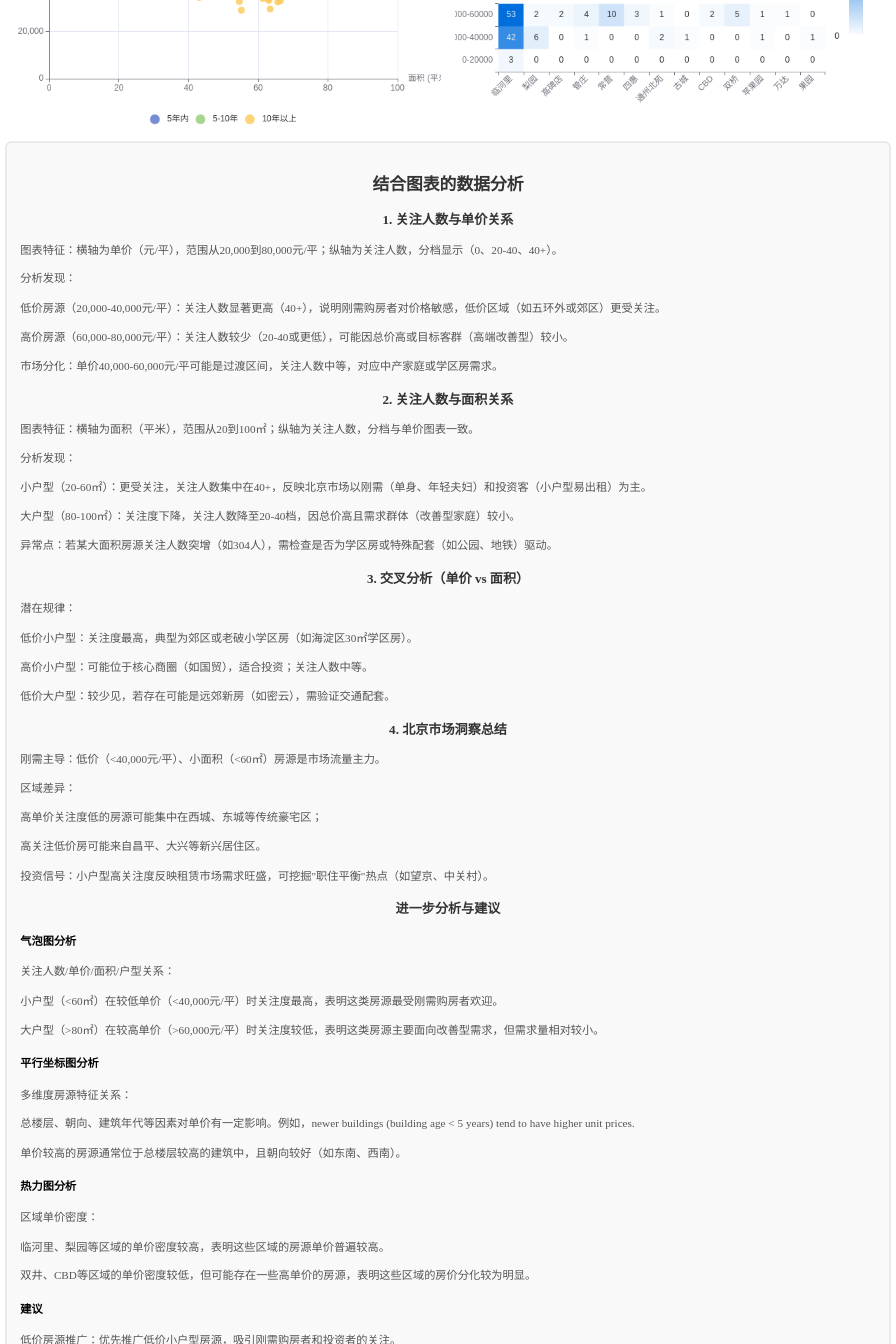
Repository: sakimi-9/DPV-SHP_BeiJing
Page: / (app in py_crawler/rendering/)
An editor plug-in stored every save of this project. The page is shown before and after the next save, followed by the edit.
The browser window is 1280 px wide. The pictures show the part of the page from y = 2308 to 4228 px (the page is 4417 px tall before and 4097 px after), at 70% of full size.
The project was rebuilt for these pictures with package versions that can differ from the ones it lists, and the page was loaded fresh each time. Also part of the build but not shown: py_crawler/rendering/vite.config.ts.

Above is the page before, as saved 2025-05-26 08:51:22.

After the next save:
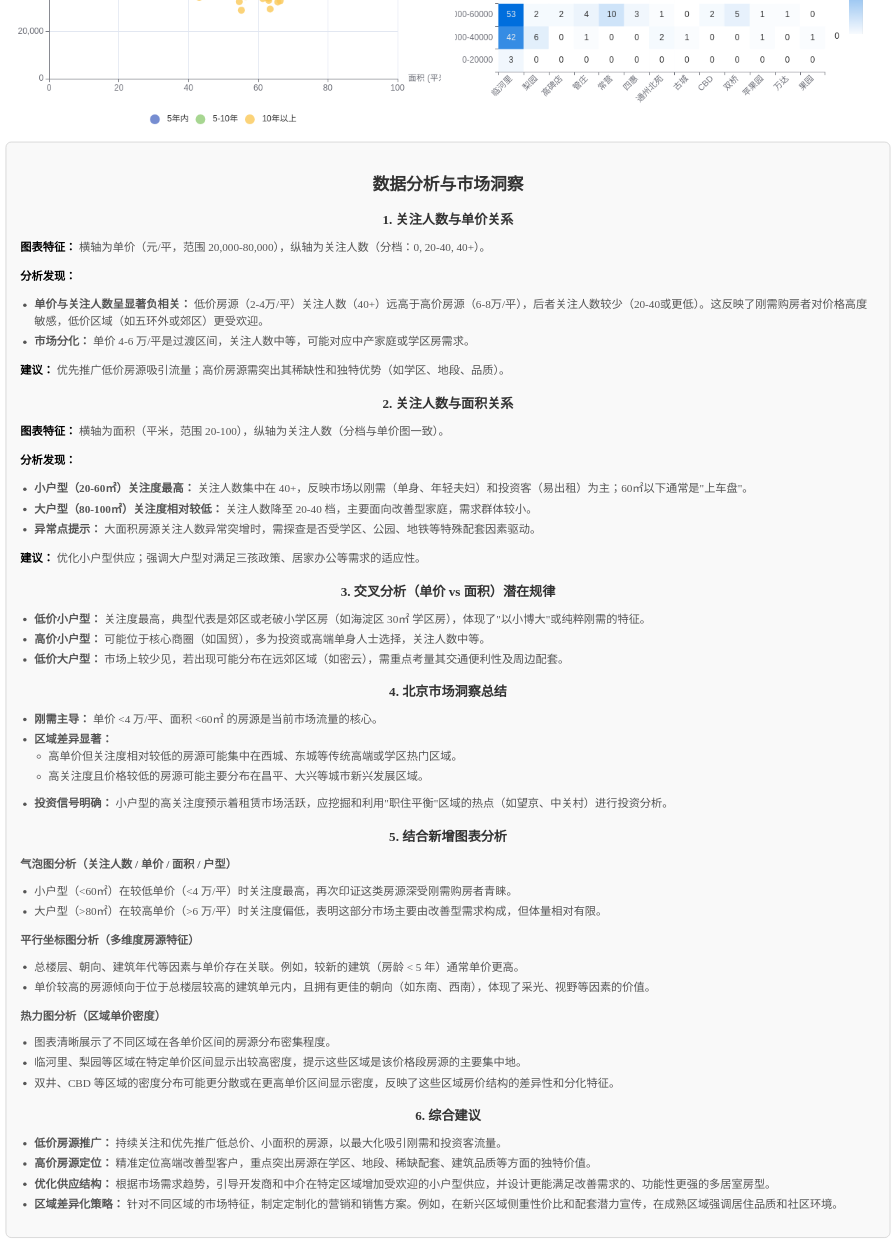
Saved 2 min 37 s later.
--- a/py_crawler/rendering/src/App.vue
+++ b/py_crawler/rendering/src/App.vue
@@ -10,56 +10,75 @@
 
     <!-- 数据分析区域 -->
     <div class="data-analysis-container">
-      <h2>结合图表的数据分析</h2>
+      <h2>数据分析与市场洞察</h2>
 
       <h3>1. 关注人数与单价关系</h3>
-      <p>图表特征：横轴为单价（元/平），范围从20,000到80,000元/平；纵轴为关注人数，分档显示（0、20-40、40+）。</p>
-      <p>分析发现：</p>
-      <p>低价房源（20,000-40,000元/平）：关注人数显著更高（40+），说明刚需购房者对价格敏感，低价区域（如五环外或郊区）更受关注。</p>
-      <p>高价房源（60,000-80,000元/平）：关注人数较少（20-40或更低），可能因总价高或目标客群（高端改善型）较小。</p>
-      <p>市场分化：单价40,000-60,000元/平可能是过渡区间，关注人数中等，对应中产家庭或学区房需求。</p>
+      <p><strong>图表特征：</strong> 横轴为单价（元/平，范围 20,000-80,000），纵轴为关注人数（分档：0, 20-40, 40+）。</p>
+      <p><strong>分析发现：</strong></p>
+      <ul>
+        <li><strong>单价与关注人数呈显著负相关：</strong>
+          低价房源（2-4万/平）关注人数（40+）远高于高价房源（6-8万/平），后者关注人数较少（20-40或更低）。这反映了刚需购房者对价格高度敏感，低价区域（如五环外或郊区）更受欢迎。</li>
+        <li><strong>市场分化：</strong> 单价 4-6 万/平是过渡区间，关注人数中等，可能对应中产家庭或学区房需求。</li>
+      </ul>
+      <p><strong>建议：</strong> 优先推广低价房源吸引流量；高价房源需突出其稀缺性和独特优势（如学区、地段、品质）。</p>
 
       <h3>2. 关注人数与面积关系</h3>
-      <p>图表特征：横轴为面积（平米），范围从20到100㎡；纵轴为关注人数，分档与单价图表一致。</p>
-      <p>分析发现：</p>
-      <p>小户型（20-60㎡）：更受关注，关注人数集中在40+，反映北京市场以刚需（单身、年轻夫妇）和投资客（小户型易出租）为主。</p>
-      <p>大户型（80-100㎡）：关注度下降，关注人数降至20-40档，因总价高且需求群体（改善型家庭）较小。</p>
-      <p>异常点：若某大面积房源关注人数突增（如304人），需检查是否为学区房或特殊配套（如公园、地铁）驱动。</p>
-
-      <h3>3. 交叉分析（单价 vs 面积）</h3>
-      <p>潜在规律：</p>
-      <p>低价小户型：关注度最高，典型为郊区或老破小学区房（如海淀区30㎡学区房）。</p>
-      <p>高价小户型：可能位于核心商圈（如国贸），适合投资；关注人数中等。</p>
-      <p>低价大户型：较少见，若存在可能是远郊新房（如密云），需验证交通配套。</p>
+      <p><strong>图表特征：</strong> 横轴为面积（平米，范围 20-100），纵轴为关注人数（分档与单价图一致）。</p>
+      <p><strong>分析发现：</strong></p>
+      <ul>
+        <li><strong>小户型（20-60㎡）关注度最高：</strong> 关注人数集中在 40+，反映市场以刚需（单身、年轻夫妇）和投资客（易出租）为主；60㎡以下通常是"上车盘"。</li>
+        <li><strong>大户型（80-100㎡）关注度相对较低：</strong> 关注人数降至 20-40 档，主要面向改善型家庭，需求群体较小。</li>
+        <li><strong>异常点提示：</strong> 大面积房源关注人数异常突增时，需探查是否受学区、公园、地铁等特殊配套因素驱动。</li>
+      </ul>
+      <p><strong>建议：</strong> 优化小户型供应；强调大户型对满足三孩政策、居家办公等需求的适应性。</p>
+
+      <h3>3. 交叉分析（单价 vs 面积）潜在规律</h3>
+      <ul>
+        <li><strong>低价小户型：</strong> 关注度最高，典型代表是郊区或老破小学区房（如海淀区 30㎡ 学区房），体现了"以小博大"或纯粹刚需的特征。</li>
+        <li><strong>高价小户型：</strong> 可能位于核心商圈（如国贸），多为投资或高端单身人士选择，关注人数中等。</li>
+        <li><strong>低价大户型：</strong> 市场上较少见，若出现可能分布在远郊区域（如密云），需重点考量其交通便利性及周边配套。</li>
+      </ul>
 
       <h3>4. 北京市场洞察总结</h3>
-      <p>刚需主导：低价（&lt;40,000元/平）、小面积（&lt;60㎡）房源是市场流量主力。</p>
-      <p>区域差异：</p>
-      <p>高单价关注度低的房源可能集中在西城、东城等传统豪宅区；</p>
-      <p>高关注低价房可能来自昌平、大兴等新兴居住区。</p>
-      <p>投资信号：小户型高关注度反映租赁市场需求旺盛，可挖掘"职住平衡"热点（如望京、中关村）。</p>
-
-      <h3>进一步分析与建议</h3>
-      <h4>气泡图分析</h4>
-      <p>关注人数/单价/面积/户型关系：</p>
-      <p>小户型（&lt;60㎡）在较低单价（&lt;40,000元/平）时关注度最高，表明这类房源最受刚需购房者欢迎。</p>
-      <p>大户型（&gt;80㎡）在较高单价（&gt;60,000元/平）时关注度较低，表明这类房源主要面向改善型需求，但需求量相对较小。</p>
-
-      <h4>平行坐标图分析</h4>
-      <p>多维度房源特征关系：</p>
-      <p>总楼层、朝向、建筑年代等因素对单价有一定影响。例如，newer buildings (building age &lt; 5 years) tend to have higher unit prices.</p>
-      <p>单价较高的房源通常位于总楼层较高的建筑中，且朝向较好（如东南、西南）。</p>
-
-      <h4>热力图分析</h4>
-      <p>区域单价密度：</p>
-      <p>临河里、梨园等区域的单价密度较高，表明这些区域的房源单价普遍较高。</p>
-      <p>双井、CBD等区域的单价密度较低，但可能存在一些高单价的房源，表明这些区域的房价分化较为明显。</p>
-
-      <h4>建议</h4>
-      <p>低价房源推广：优先推广低价小户型房源，吸引刚需购房者和投资者的关注。</p>
-      <p>高价房源定位：针对高价房源，突出其稀缺性和独特优势（如学区、地段、高品质配套），提升关注度。</p>
-      <p>优化供应结构：开发商和中介应优化小户型供应，并强调大户型的功能性（如三孩政策、居家办公需求）。</p>
-      <p>区域差异化策略：根据不同区域的特点和需求，制定差异化的营销策略，如在新兴居住区重点推广低价小户型，在传统豪宅区突出高端改善型房源的优势。</p>
+      <ul>
+        <li><strong>刚需主导：</strong> 单价 &lt;4 万/平、面积 &lt;60㎡ 的房源是当前市场流量的核心。</li>
+        <li><strong>区域差异显著：</strong>
+          <ul>
+            <li>高单价但关注度相对较低的房源可能集中在西城、东城等传统高端或学区热门区域。</li>
+            <li>高关注度且价格较低的房源可能主要分布在昌平、大兴等城市新兴发展区域。</li>
+          </ul>
+        </li>
+        <li><strong>投资信号明确：</strong> 小户型的高关注度预示着租赁市场活跃，应挖掘和利用"职住平衡"区域的热点（如望京、中关村）进行投资分析。</li>
+      </ul>
+
+      <h3>5. 结合新增图表分析</h3>
+      <h4>气泡图分析（关注人数 / 单价 / 面积 / 户型）</h4>
+      <ul>
+        <li>小户型（&lt;60㎡）在较低单价（&lt;4 万/平）时关注度最高，再次印证这类房源深受刚需购房者青睐。</li>
+        <li>大户型（&gt;80㎡）在较高单价（&gt;6 万/平）时关注度偏低，表明这部分市场主要由改善型需求构成，但体量相对有限。</li>
+      </ul>
+
+      <h4>平行坐标图分析（多维度房源特征）</h4>
+      <ul>
+        <li>总楼层、朝向、建筑年代等因素与单价存在关联。例如，较新的建筑（房龄 &lt; 5 年）通常单价更高。</li>
+        <li>单价较高的房源倾向于位于总楼层较高的建筑单元内，且拥有更佳的朝向（如东南、西南），体现了采光、视野等因素的价值。</li>
+      </ul>
+
+      <h4>热力图分析（区域单价密度）</h4>
+      <ul>
+        <li>图表清晰展示了不同区域在各单价区间的房源分布密集程度。</li>
+        <li>临河里、梨园等区域在特定单价区间显示出较高密度，提示这些区域是该价格段房源的主要集中地。</li>
+        <li>双井、CBD 等区域的密度分布可能更分散或在更高单价区间显示密度，反映了这些区域房价结构的差异性和分化特征。</li>
+      </ul>
+
+      <h3>6. 综合建议</h3>
+      <ul>
+        <li><strong>低价房源推广：</strong> 持续关注和优先推广低总价、小面积的房源，以最大化吸引刚需和投资客流量。</li>
+        <li><strong>高价房源定位：</strong> 精准定位高端改善型客户，重点突出房源在学区、地段、稀缺配套、建筑品质等方面的独特价值。</li>
+        <li><strong>优化供应结构：</strong> 根据市场需求趋势，引导开发商和中介在特定区域增加受欢迎的小户型供应，并设计更能满足改善需求的、功能性更强的多居室房型。</li>
+        <li><strong>区域差异化策略：</strong> 针对不同区域的市场特征，制定定制化的营销和销售方案。例如，在新兴区域侧重性价比和配套潜力宣传，在成熟区域强调居住品质和社区环境。</li>
+      </ul>
+
     </div>
   </div>
 </template>
@@ -238,6 +257,17 @@ button {
   /* Center the titles within the box */
   color: #333;
   /* Darker color for titles */
+  margin-bottom: 15px;
+  /* Add space below titles */
+}
+
+.data-analysis-container h4 {
+  margin-top: 15px;
+  /* Space above h4 */
+  margin-bottom: 10px;
+  /* Space below h4 */
+  color: #555;
+  /* Slightly lighter color for h4 */
 }
 
 .data-analysis-container p {
@@ -245,9 +275,25 @@ button {
   /* Improve readability with more line spacing */
   color: #555;
   /* Slightly lighter color for text */
+  margin-bottom: 10px;
+  /* Adjust space between paragraphs */
+}
+
+.data-analysis-container ul {
   margin-bottom: 15px;
-  /* Space between paragraphs */
-}
+  /* Space below lists */
+  padding-left: 20px;
+  /* Indent list items */
+}
+
+.data-analysis-container ul li {
+  margin-bottom: 5px;
+  /* Space between list items */
+  line-height: 1.5;
+  /* Line spacing for list items */
+  color: #555;
+}
+
 
 .data-analysis-container p strong {
   color: #000;
